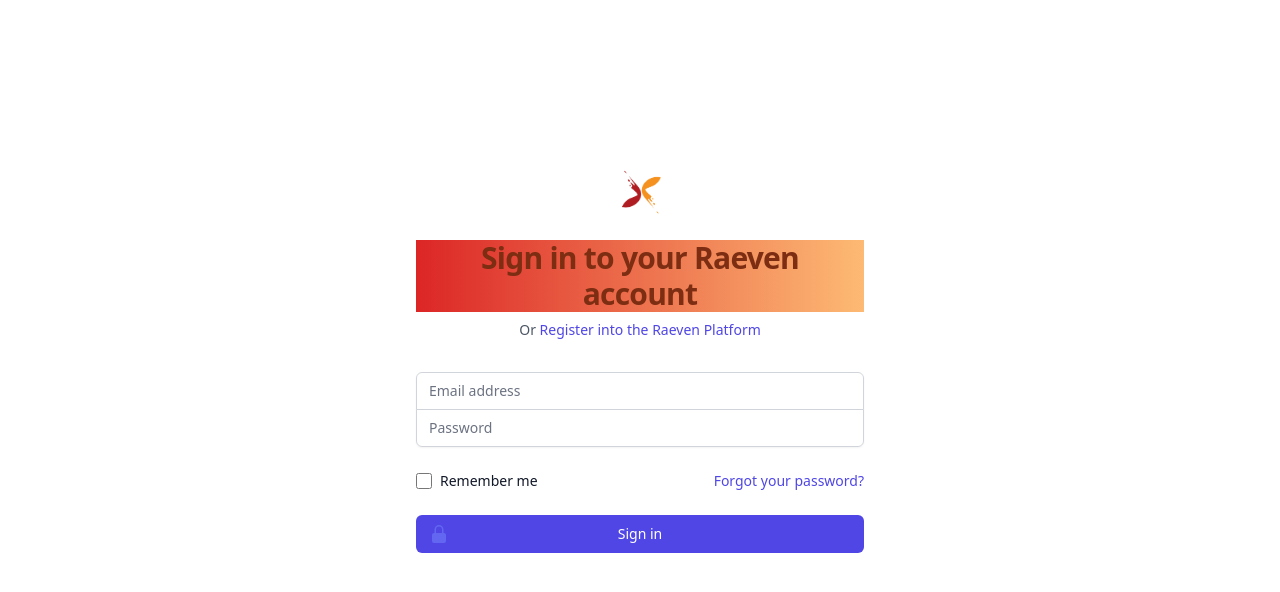
Repository: Curiosityxploring/raeven-site
Page: /login
An editor plug-in stored every save of this project. The page is shown before and after a run of saves, followed by the edit.
The browser window is 1280 px wide. The pictures show the whole page.
The project was rebuilt for these pictures with package versions that can differ from the ones it lists, and the page was loaded fresh each time. The framework's server and built-in components were replaced by stand-ins that run in the browser. Also part of the build but not shown: next.config.js.

Above is the page before, as saved 2023-01-12 15:23:07.

### pages/login.jsx
import React from 'react'
import { LockClosedIcon } from '@heroicons/react/20/solid'

export default function login() {
  return (
    <>
      {/*
        This example requires updating your template:

        ```
        <html class="h-full bg-gray-50">
        <body class="h-full">
        ```
      */}
      <div className="flex h-screen items-center justify-center py-12 px-4 sm:px-6 lg:px-8">
        <div className="w-full max-w-md space-y-8">
          <div>
            <img
              className="mx-auto h-12 w-auto"
              src="/images/curiositylogo.png"
              alt="Your Company"
            />
            <h2 className="mt-6 text-center text-3xl font-bold tracking-tight text-orange-900 px-5 bg-gradient-to-r from-red-600 to-orange-300">
              Sign in to your Raeven account
            </h2>
            <p className="mt-2 text-center text-sm text-gray-600">
              Or{' '}
              <a href="#" className="font-medium text-indigo-600 hover:text-indigo-500">
                Register into the Raeven Platform
              </a>
            </p>
          </div>
          <form className="mt-8 space-y-6" action="#" method="POST">
            <input type="hidden" name="remember" defaultValue="true" />
            <div className="-space-y-px rounded-md shadow-sm">
              <div>
                <label htmlFor="email-address" className="sr-only">
                  Email address
                </label>
                <input
                  id="email-address"
                  name="email"
                  type="email"
                  autoComplete="email"
                  required
                  className="relative block w-full appearance-none rounded-none rounded-t-md border border-gray-300 px-3 py-2 text-gray-900 placeholder-gray-500 focus:z-10 focus:border-indigo-500 focus:outline-none focus:ring-indigo-500 sm:text-sm"
                  placeholder="Email address"
                />
              </div>
              <div>
                <label htmlFor="password" className="sr-only">
                  Password
                </label>
                <input
                  id="password"
                  name="password"
                  type="password"
                  autoComplete="current-password"
                  required
                  className="relative block w-full appearance-none rounded-none rounded-b-md border border-gray-300 px-3 py-2 text-gray-900 placeholder-gray-500 focus:z-10 focus:border-indigo-500 focus:outline-none focus:ring-indigo-500 sm:text-sm"
                  placeholder="Password"
                />
              </div>
            </div>

            <div className="flex items-center justify-between">
              <div className="flex items-center">
                <input
                  id="remember-me"
                  name="remember-me"
                  type="checkbox"
                  className="h-4 w-4 rounded border-gray-300 text-indigo-600 focus:ring-indigo-500"
                />
                <label htmlFor="remember-me" className="ml-2 block text-sm text-gray-900">
                  Remember me
                </label>
              </div>

              <div className="text-sm">
                <a href="#" className="font-medium text-indigo-600 hover:text-indigo-500">
                  Forgot your password?
                </a>
              </div>
            </div>

            <div>
              <button
                type="submit"
                className="group relative flex w-full justify-center rounded-md border border-transparent bg-indigo-600 py-2 px-4 text-sm font-medium text-white hover:bg-indigo-700 focus:outline-none focus:ring-2 focus:ring-indigo-500 focus:ring-offset-2"
              >
                <span className="absolute inset-y-0 left-0 flex items-center pl-3">
                  <LockClosedIcon className="h-5 w-5 text-indigo-500 group-hover:text-indigo-400" aria-hidden="true" />
                </span>
                Sign in
              </button>
            </div>
          </form>
        </div>
      </div>
    </>
  )

}

### styles/globals.css
@tailwind base;
@tailwind components;
@tailwind utilities;



/* :root {
  --max-width: 1100px;
  --border-radius: 12px;
  --font-mono: ui-monospace, Menlo, Monaco, 'Cascadia Mono', 'Segoe UI Mono',
    'Roboto Mono', 'Oxygen Mono', 'Ubuntu Monospace', 'Source Code Pro',
    'Fira Mono', 'Droid Sans Mono', 'Courier New', monospace;

  --foreground-rgb: 0, 0, 0;
  --background-start-rgb: 214, 219, 220;
  --background-end-rgb: 255, 255, 255;

  --primary-glow: conic-gradient(
    from 180deg at 50% 50%,
    #16abff33 0deg,
    #0885ff33 55deg,
    #54d6ff33 120deg,
    #0071ff33 160deg,
    transparent 360deg
  );
  --secondary-glow: radial-gradient(
    rgba(255, 255, 255, 1),
    rgba(255, 255, 255, 0)
  );

  --tile-start-rgb: 239, 245, 249;
  --tile-end-rgb: 228, 232, 233;
  --tile-border: conic-gradient(
    #00000080,
    #00000040,
    #00000030,
    #00000020,
    #00000010,
    #00000010,
    #00000080
  );

  --callout-rgb: 238, 240, 241;
  --callout-border-rgb: 172, 175, 176;
  --card-rgb: 180, 185, 188;
  --card-border-rgb: 131, 134, 135;
}

@media (prefers-color-scheme: dark) {
  :root {
    --foreground-rgb: 255, 255, 255;
    --background-start-rgb: 0, 0, 0;
    --background-end-rgb: 0, 0, 0;

    --primary-glow: radial-gradient(rgba(1, 65, 255, 0.4), rgba(1, 65, 255, 0));
    --secondary-glow: linear-gradient(
      to bottom right,
      rgba(1, 65, 255, 0),
      rgba(1, 65, 255, 0),
      rgba(1, 65, 255, 0.3)
    );

    --tile-start-rgb: 2, 13, 46;
    --tile-end-rgb: 2, 5, 19;
    --tile-border: conic-gradient(
      #ffffff80,
      #ffffff40,
      #ffffff30,
      #ffffff20,
      #ffffff10,
      #ffffff10,
      #ffffff80
    );

    --callout-rgb: 20, 20, 20;
    --callout-border-rgb: 108, 108, 108;
    --card-rgb: 100, 100, 100;
    --card-border-rgb: 200, 200, 200;
  }
}

* {
  box-sizing: border-box;
  padding: 0;
  margin: 0;
}

html,
body {
  max-width: 100vw;
  overflow-x: hidden;
}

body {
  color: rgb(var(--foreground-rgb));
  background: linear-gradient(
      to bottom,
      transparent,
      rgb(var(--background-end-rgb))
    )
    rgb(var(--background-start-rgb));
}

a {
  color: inherit;
  text-decoration: none;
}

@media (prefers-color-scheme: dark) {
  html {
    color-scheme: dark;
  }
} */

Loaded but not shown: pages/_app.js (common file); pages/_document.js (common file); tailwind.config.js (common file)

After the next 4 saves:
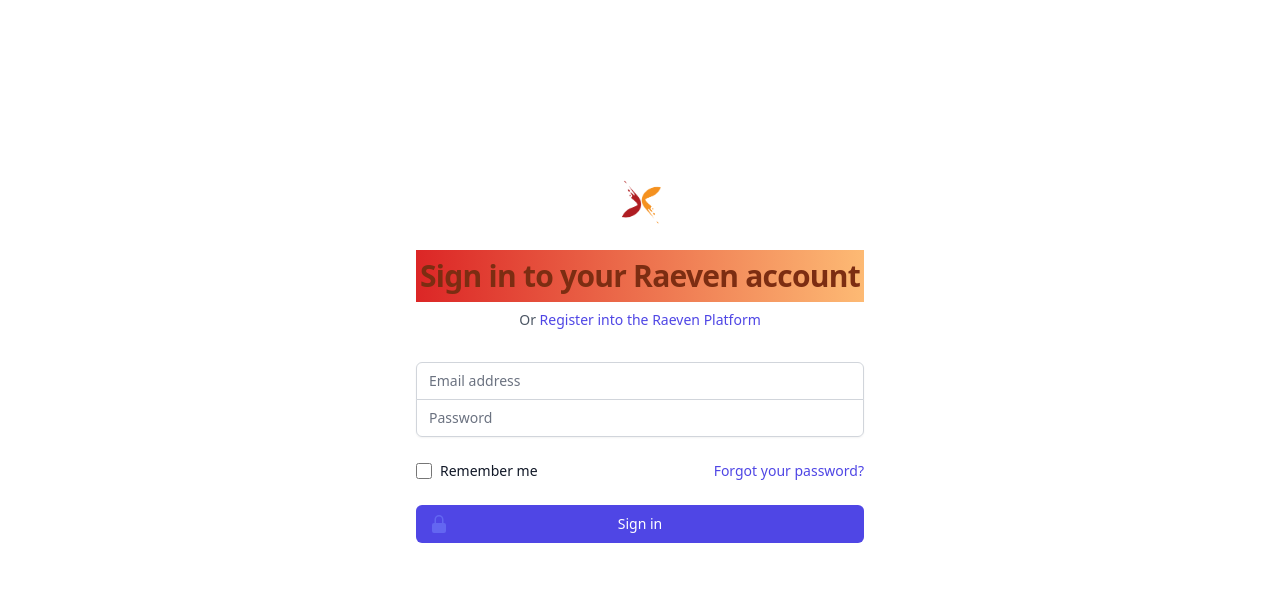
The 4 saves are shown as one change because they came seconds apart.
The last was saved 21 s later.
--- a/pages/login.jsx
+++ b/pages/login.jsx
@@ -20,7 +20,7 @@
               src="/images/curiositylogo.png"
               alt="Your Company"
             />
-            <h2 className="mt-6 text-center text-3xl font-bold tracking-tight text-orange-900 px-5 bg-gradient-to-r from-red-600 to-orange-300">
+            <h2 className="mt-6 text-center text-3xl font-bold tracking-tight text-orange-900 px-1 py-2 bg-gradient-to-r from-red-600 to-orange-300">
               Sign in to your Raeven account
             </h2>
             <p className="mt-2 text-center text-sm text-gray-600">
